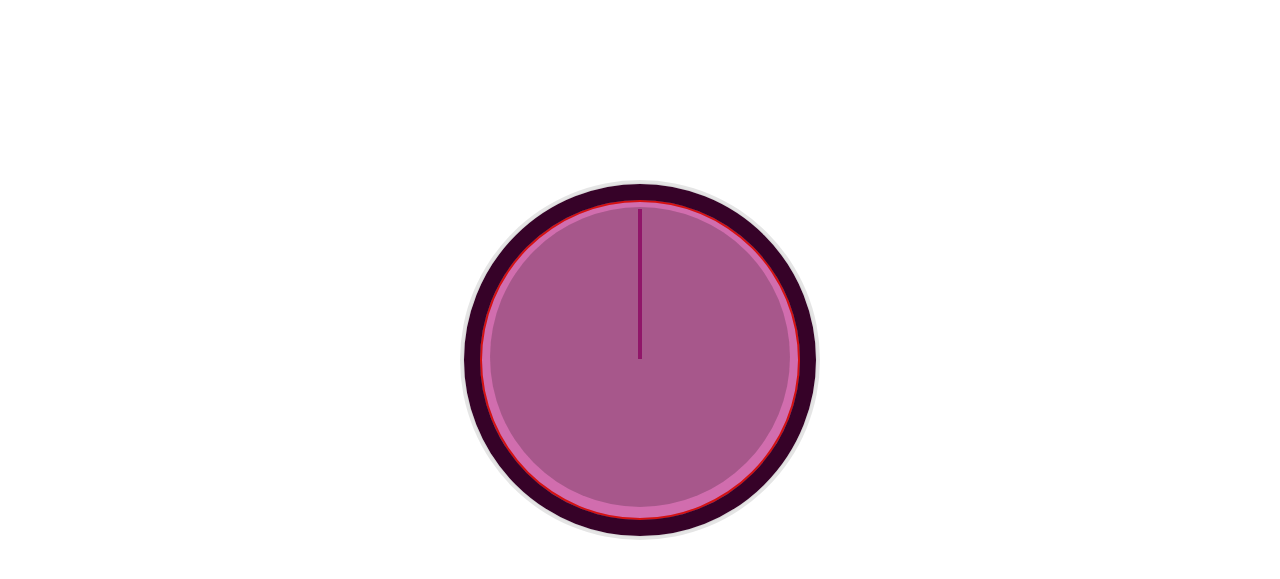
Repository: Freezler/javascript-css-clock
Page: index.html
These files come from the project's save history. The page is drawn as it stood at one moment and after the next save; the edit follows.
The browser window is 1280 px wide. The pictures show the whole page.

Above is the page before, as saved 2024-08-24 16:02:40.

After the next save:
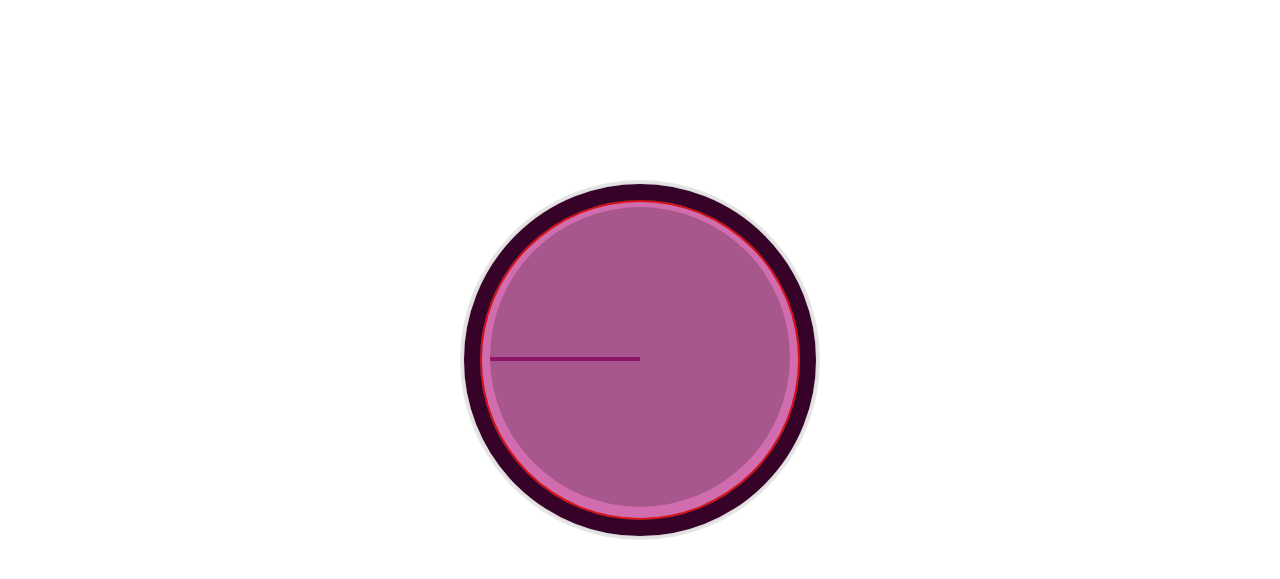
Saved 14 s later.
--- a/style.css
+++ b/style.css
@@ -51,8 +51,4 @@ body {
     position: absolute;
     top: 50%;
     z-index: 100;
-    transform-origin: 100%;
-    transform: rotate(90deg);
-    transition-timing-function: cubic-bezier(0.1, 2.7, 0.58, 1);
-    transition: all 0.05s;
 }
